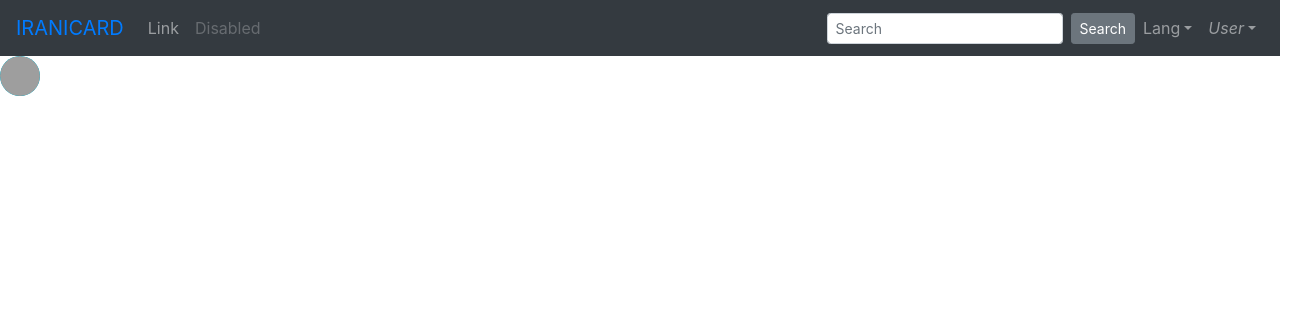
Repository: hosseinemami1370/iranicard
Page: /user
An editor plug-in stored every save of this project. The page is shown before and after the next save, followed by the edit.
The browser window is 1280 px wide. The page is 1280 px wide, then 1294 px, so the pictures cover 1294 px, including what lies to the right of the window. The pictures show the whole page.
Pictures or frames that could not be fetched are drawn as grey boxes. The page's requests for data from a server got no answer. The project was rebuilt for these pictures with package versions that can differ from the ones it lists, and the page was loaded fresh each time. The framework's server and built-in components were replaced by stand-ins that run in the browser. No one was signed in, and anything a server would have sent is missing. Also part of the build but not shown: nuxt.config.js, components/Header.vue, components/Logo.vue, components/UI/AppButton.vue, layouts/admin.vue, layouts/error.vue.

Above is the page before, as saved 2021-03-15 00:03:05.

### components/navigation/Header.vue
<template>


<div>
  <b-navbar toggleable="lg" type="dark" variant="dark">
    <b-navbar-brand  ><nuxt-link to="/">IRANICARD</nuxt-link></b-navbar-brand>

    <b-navbar-toggle target="nav-collapse"></b-navbar-toggle>

    <b-collapse id="nav-collapse" is-nav>
      <b-navbar-nav>
        <b-nav-item href="#">Link</b-nav-item>
        <b-nav-item href="#" disabled>Disabled</b-nav-item>
      </b-navbar-nav>

      <!-- Right aligned nav items -->
      <b-navbar-nav class="ml-auto">
        <b-nav-form>
          <b-form-input size="sm" class="mr-sm-2" placeholder="Search"></b-form-input>
          <b-button size="sm" class="my-2 my-sm-0" type="submit">Search</b-button>
        </b-nav-form>

        <b-nav-item-dropdown text="Lang" right>
          <b-dropdown-item href="#">EN</b-dropdown-item>
          <b-dropdown-item href="#">ES</b-dropdown-item>
          <b-dropdown-item href="#">RU</b-dropdown-item>
          <b-dropdown-item href="#">FA</b-dropdown-item>
        </b-nav-item-dropdown>

        <b-nav-item-dropdown right>
          <!-- Using 'button-content' slot -->
          <template #button-content>
            <em>User</em>
          </template>
          <b-dropdown-item href="#">Profile</b-dropdown-item>
          <b-dropdown-item @click="onLogout">Sign Out</b-dropdown-item>
        </b-nav-item-dropdown>
      </b-navbar-nav>
    </b-collapse>
  </b-navbar>
</div>
</template>

<script>


export default {
  middleware: ["check-auth"],

  methods: {
    onLogout() {
      this.$store.dispatch("logout");
      this.$router.push("/auth");
    }
  }

}
</script>



<style>

</style>

### layouts/default.vue
<template>
  <div>

    <Nuxt />
  </div>
</template>
<script>
// import Header from '@/components/navigation/Header'
 export default {
//    components:{
//      Header
//    }
computed:{

    loadedData() {
      return this.$store.getters.isAuthenticated

  }
}
 }

</script>

<style>
html {
  font-family:
    'Source Sans Pro',
    -apple-system,
    BlinkMacSystemFont,
    'Segoe UI',
    Roboto,
    'Helvetica Neue',
    Arial,
    sans-serif;
  font-size: 16px;
  word-spacing: 1px;
  -ms-text-size-adjust: 100%;
  -webkit-text-size-adjust: 100%;
  -moz-osx-font-smoothing: grayscale;
  -webkit-font-smoothing: antialiased;
  box-sizing: border-box;
}

*,
*::before,
*::after {
  box-sizing: border-box;
  margin: 0;
}

.button--green {
  display: inline-block;
  border-radius: 4px;
  border: 1px solid #3b8070;
  color: #3b8070;
  text-decoration: none;
  padding: 10px 30px;
}

.button--green:hover {
  color: #fff;
  background-color: #3b8070;
}

.button--grey {
  display: inline-block;
  border-radius: 4px;
  border: 1px solid #35495e;
  color: #35495e;
  text-decoration: none;
  padding: 10px 30px;
  margin-left: 15px;
}

.button--grey:hover {
  color: #fff;
  background-color: #35495e;
}
</style>

### layouts/header.vue
<template>
 <div>
   <Header />
   <nuxt />
 </div>

</template>

<script>
import Header from '@/components/navigation/Header'
export default {
    components:{
        Header

    },

}
</script>

<style>

</style>

### store/index.js
import Vuex from "vuex";

import Cookie from "js-cookie";

const createStore =() =>{
   return new Vuex.Store({
    state:{
        loadedData:[],
        token:null,
        // visibelLogout:true
    },
    mutations:{
        SETTOKEN(state,token){
            state.token=token;
        },
        CLEARTOKEN(state) {
            state.token = null;
          },
          SETEDATA(state,data){
            state.loadedData=data;
          }
        // SETVISIBLE(state,visible){
        //     state.visibelLogout=visible
        // }
    },
    actions:{
        authenticationUser(vuexContext,authData){
            let authUrl =
          "https://www.googleapis.com/identitytoolkit/v3/relyingparty/verifyPassword?key=" +
          process.env.fbAPIKey;
        if (!authData.isLogin) {
          authUrl =
            "https://www.googleapis.com/identitytoolkit/v3/relyingparty/signupNewUser?key=" +
            process.env.fbAPIKey;
        }
        return this.$axios
          .$post(authUrl, {
            email: authData.email,
            password: authData.password,
            returnSecureToken: true
          })
          .then(result => {
            console.log("result:",result);
            vuexContext.commit("SETEDATA",result.email);
            vuexContext.commit("SETTOKEN", result.idToken);
            localStorage.setItem("token", result.idToken);
            localStorage.setItem("data",result.email);
            console.log("result.expiresIn",result.expiresIn);
            localStorage.setItem(
              "tokenExpiration",
              new Date().getTime() + Number.parseInt(result.expiresIn) * 1000
            );
            Cookie.set("jwt", result.idToken);
            Cookie.set(
              "expirationDate",
              new Date().getTime() + Number.parseInt(result.expiresIn) * 1000
            );
          })
          .catch(e => {
            console.log('error1:', e);
            alert("usre or password invalid!")
          });
        },
        initAuth(vuexContext, req) {
            let token;
            let expirationDate;
            if (req) {
              if (!req.headers.cookie) {
                return;
              }
              const jwtCookie = req.headers.cookie
                .split(";")
                .find(c => c.trim().startsWith("jwt="));
              if (!jwtCookie) {
                return;
              }
              token = jwtCookie.split("=")[1];
              expirationDate = req.headers.cookie
                .split(";")
                .find(c => c.trim().startsWith("expirationDate="))
                .split("=")[1];
            }
            else {
              token = localStorage.getItem("token");
              expirationDate = localStorage.getItem("tokenExpiration");
            }
            if (new Date().getTime() > +expirationDate || !token) {
              console.log("No token or invalid token");
              vuexContext.dispatch("logout");
              return;
            }
            vuexContext.commit("SETTOKEN", token);
          },
          logout(vuexContext) {
            vuexContext.commit("CLEARTOKEN");
            Cookie.remove("jwt");
            Cookie.remove("expirationDate");
            if (process.client) {
              localStorage.removeItem("token");
              localStorage.removeItem("tokenExpiration");
            }
          },
        // setVisible(vuexContext,payload){
        //     vuexContext.commit("SETVISIBLE", payload);
        // }
    },
    getters: {
      loadedData(state) {
        return state.loadedData;
      },
      isAuthenticated(state) {
        return state.token != null;
      },
      // loadedVisible(state){
      //   return state.visibelLogout
      // }
    }
   })
}
export default createStore;

### plugins/core-component.js
import Vue from 'vue';
import AppButton from '@/components/UI/AppButton'
import Vuelidate from 'vuelidate'
Vue.use(Vuelidate)
Vue.component('AppButton', AppButton)

### pages/user/index.vue
<template>
  <div >
    <!-- <b-button></b-button> -->
    <b-avatar variant="info" src="https://placekitten.com/300/300"></b-avatar>
    <span class="mr-auto">{{ email }}</span>

  </div>
</template>

<script>
export default {
  layout: "header",
  middleware: ["auth"],
  computed: {
    // loadedData() {
    //   return this.$store.getters.loadedData
    // }
  },
  data() {
    return {
      email: localStorage.getItem("data"),
    };
  },
};
</script>

<style>
</style>

After the next save:
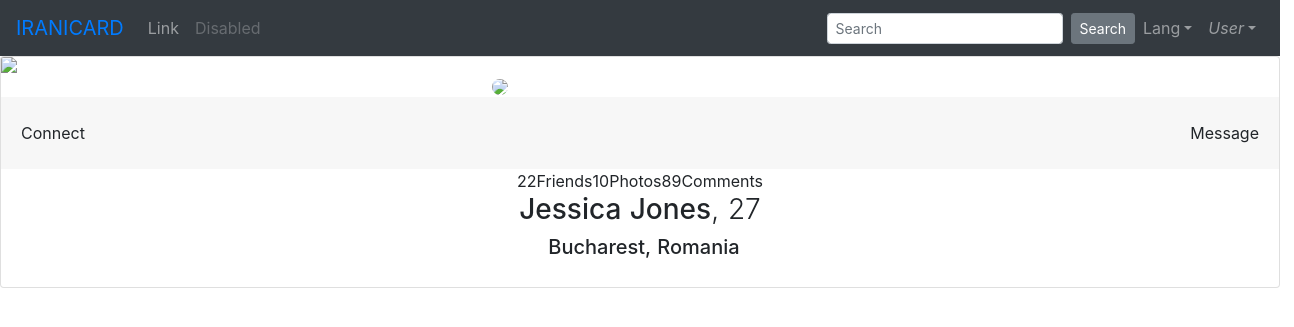
Not found: img/theme/img-1-1000x600.jpg
Not found: img/theme/team-4.jpg
Saved 7 min 21 s later.
--- a/pages/user/index.vue
+++ b/pages/user/index.vue
@@ -1,9 +1,53 @@
 <template>
   <div >
     <!-- <b-button></b-button> -->
-    <b-avatar variant="info" src="https://placekitten.com/300/300"></b-avatar>
-    <span class="mr-auto">{{ email }}</span>
-
+    <!-- <b-avatar variant="info" src="https://placekitten.com/300/300"></b-avatar>
+    <span class="mr-auto">{{ email }}</span> -->
+   <b-card no-body img-src="img/theme/img-1-1000x600.jpg" alt="Image placeholder" img-top class="card-profile">
+  <b-row class="justify-content-center">
+    <b-col lg="3"  class="order-lg-2">
+      <div class="card-profile-image">
+        <a href="javascript:;">
+          <b-img src="img/theme/team-4.jpg" rounded="circle" />
+        </a>
+      </div>
+    </b-col>
+  </b-row>
+  <b-card-header class="text-center border-0 pt-8 pt-md-4 pb-0 pb-md-4">
+    <div class="d-flex justify-content-between">
+      <base-button type="info" size="sm" class="mr-4">Connect</base-button>
+      <base-button type="default" size="sm" class="float-right">Message</base-button>
+    </div>
+  </b-card-header>
+  <b-card-body class="pt-0">
+    <b-row>
+      <b-col>
+        <div class="card-profile-stats d-flex justify-content-center">
+          <div>
+            <span class="heading">22</span>
+            <span class="description">Friends</span>
+          </div>
+          <div>
+            <span class="heading">10</span>
+            <span class="description">Photos</span>
+          </div>
+          <div>
+            <span class="heading">89</span>
+            <span class="description">Comments</span>
+          </div>
+        </div>
+      </b-col>
+    </b-row>
+    <div class="text-center">
+      <h5 class="h3">
+        Jessica Jones<span class="font-weight-light">, 27</span>
+      </h5>
+      <div class="h5 font-weight-300">
+        <i class="ni location_pin mr-2"></i>Bucharest, Romania
+      </div>
+    </div>
+  </b-card-body>
+</b-card>
   </div>
 </template>
 
